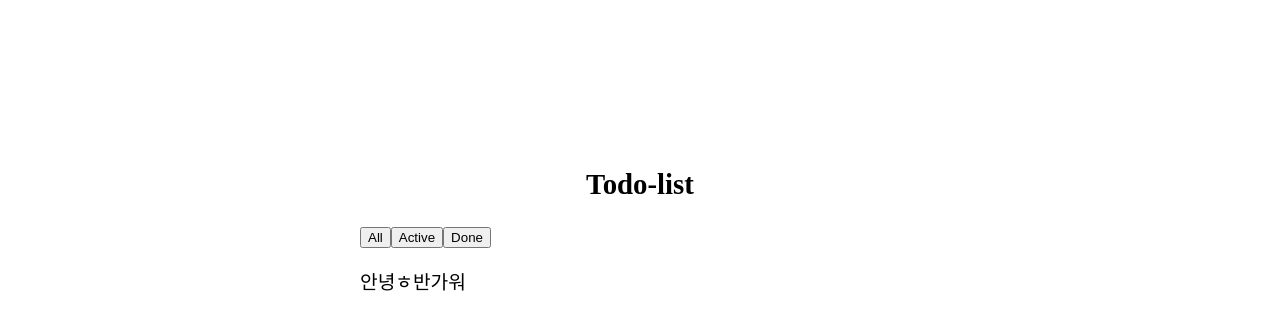
Repository: Yugayoung/todoList
Page: /
These files come from the project's save history. The page is drawn as it stood at one moment and after the next save; the edit follows.
The browser window is 1280 px wide. The pictures show the whole page.
Some web fonts or font styles are not loaded; a fallback is used. The project was rebuilt for these pictures with package versions that can differ from the ones it lists, and the page was loaded fresh each time. Also part of the build but not shown: src/App.css.

Above is the page before, as saved 2024-03-21 01:03:25.

### src/index.css
@font-face {
  font-family: 'IM_Hyemin-Bold';
  src: url('./fonts/IM_Hyemin-Regular.otf') format('opentype');
  font-weight: normal;
  font-style: normal;
}

body {
  margin: 0;
  font-family: 'IM_Hyemin-Bold';
  -webkit-font-smoothing: antialiased;
  -moz-osx-font-smoothing: grayscale;
  width: 100vw;
  height: 100vh;
  display: flex;
  justify-content: center;
  align-items: center;
  font-size: 1.2rem;
}

code {
  font-family: source-code-pro, Menlo, Monaco, Consolas, 'Courier New',
    monospace;
}
#root {
  width: 100%;
  height: 60%;
  max-width: 35rem;
}

### src/App.js
import './App.css';
import Todo from './pages/Todo';

function App() {
  return (
    <>
      <Todo />
    </>
  );
}

export default App;

### src/pages/todo.jsx
import React from 'react';
import styled from 'styled-components';

const Title = styled.h2`
  text-align: center;
  font-weight: bold;
`;

const TodoList = styled.section`
  background-color: white;
`;

export default function Todo() {
  return (
    <>
      <TodoList>
        {/* 할일 state */}
        <Title>Todo-list</Title>
        <div>
          <button>All</button>
          <button>Active</button>
          <button>Done</button>
          <p>안녕ㅎ반가워</p>
        </div>
        {/* addTodoList */}
        {/* 할일 입력 */}
      </TodoList>
    </>
  );
}

Loaded but not shown: public/index.html (common file); src/index.js (common file); src/reportWebVitals.js (common file)

After the next save:
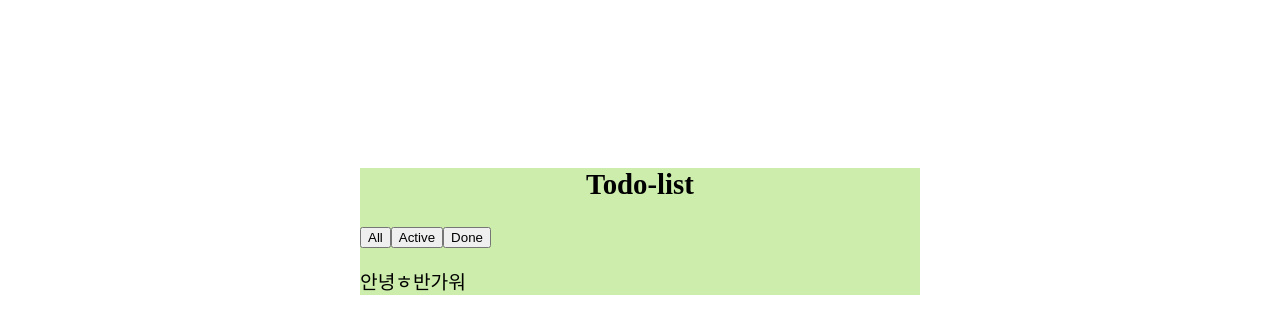
Saved 24 s later.
--- a/src/pages/todo.jsx
+++ b/src/pages/todo.jsx
@@ -7,7 +7,7 @@ const Title = styled.h2`
 `;
 
 const TodoList = styled.section`
-  background-color: white;
+  background-color: #ccedab;
 `;
 
 export default function Todo() {
